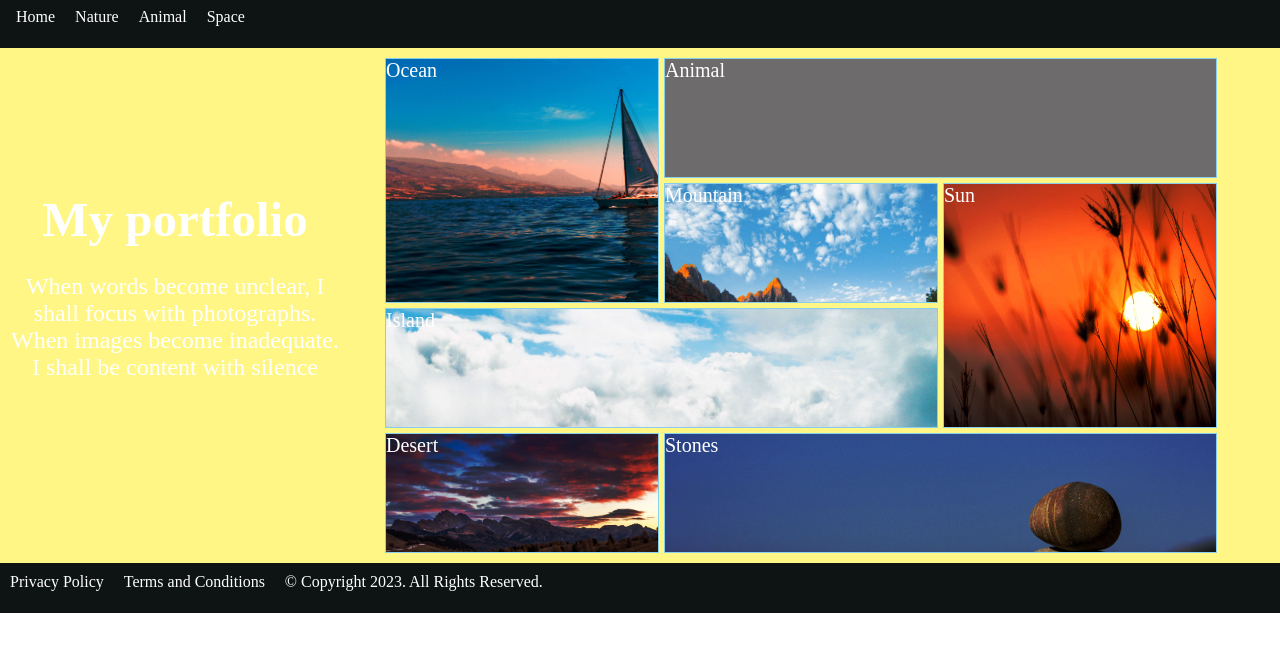
Repository: suraj-yadav7/03_Gallery_Portfolio
Page: index.html
The author's editor kept a copy of each file at every save. The page is drawn from the files as they stood at one save, then again after the next save.
The browser window is 1280 px wide. The pictures show the whole page.
Pictures or frames that could not be fetched are drawn as grey boxes. Some web fonts or font styles are not loaded; a fallback is used.

Above is the page before, as saved 2023-02-14 21:52:28.

### index.html
<!DOCTYPE html>
<html lang="en">
<head>
    <meta charset="UTF-8">
    <meta http-equiv="X-UA-Compatible" content="IE=edge">
    <meta name="viewport" content="width=device-width, initial-scale=1.0">
    <title>Gallery</title>
    <link rel="stylesheet" href="style.css">
</head>
<body>
    <nav class="nav-section">
        <div class="nav-container">
        <ul class="nav-item flex">
            <li>    <a href="#">Home</a>   </li>
            <li>    <a href="#">Nature</a> </li>
            <li>    <a href="#">Animal</a> </li>
            <li>    <a href="#">Space</a> </li>
        </ul>
        </div>
    </nav>

        <div class="container flex">
            <div class="header-text">
                <h1 class="heading">My portfolio</h1>
                <p class="para">When words become unclear, I shall focus with photographs. When images become inadequate. I shall be content with silence</p>
            </div>
            <div class="gallery-layout">
                <div class="box" id="box1">Ocean</div>
                <div class="box" id="box2">Animal</div>
                <div class="box" id="box3">Mountain</div>
                <div class="box" id="box4">Sun</div>
                <div class="box" id="box5">Island</div>
                <div class="box" id="box6">Desert</div>
                <div class="box" id="box7">Stones</div>
            </div>
        </div>
        <footer>
            <div class="footer flex">
                <a>Privacy Policy</a>
                <a>Terms and Conditions</a>
                <a>© Copyright 2023. All Rights Reserved.</a>
            </div>
        </footer>
</body>
</html>

### style.css
@import url('https://fonts.googleapis.com/css2?family=Bodoni+Moda:ital,opsz@0,6..96;1,6..96&display=swap');

*{
    margin: 0;
    padding: 0;
    box-sizing: border-box;
}

:root{
    --primary-text-color: #1a0000;
    --secondary-text-color:  #33331a;
    --accent-color:  #cc99ff;
    --accent-dark-color: #4d88ff;
    --padding-inline-section: 20px;
}


/* Utility */


a{
    text-decoration: none;
    color: rgb(255, 255, 255);


}

.flex{
    display: flex;
    align-items: center;

}

/* Nav section */
.nav-container{
    background-color: rgb(14, 20, 20);
    padding: 1rem;
    font-family: 'Bodoni Moda', serif;
    font-size: 1rem;
    height: 3rem;


}
.nav-item{
    gap: 20px;
    list-style: none;
    margin-top: -0.5rem;
}
a:hover{
    color:#fff;
}

/*main -section */
.container{
    background-color: #fff685;
    padding-block: 10px;
    gap: 35px;
    font-family: "bodoni modo" ;

}
.header-text{
    height: 250px;
   width: 350px;
    color: white;
    text-align: center;
    padding: 10px;

}
.heading{
    font-size: 49px;
}
.para{
    margin-top: 25px;
    font-size: 1.5rem;
}
.gallery-layout{
    display: grid;
    row-gap: 5px;
    column-gap: 5px;
    grid-template-columns: repeat(3, 1fr);
    grid-auto-rows: 120px;
    flex-basis: 65%;

}

.box{
    background-color: rgb(63, 60, 60);
    border: 1px solid skyblue;
    background-size: cover;
    background-position: top;
    background-blend-mode: hard-light;
    transition: all 1s ease-in-out;
    cursor: pointer;
    color: white;
    font-size: 20px;


}
.box:hover{
    background-color:rgb(210, 204, 204) ;
    background-position: center;

    box-shadow: 0 0 4px #fff;

}

#box1{
    grid-row: span 2;
    background-image: url("images/pexels-szelei-robert-1482193.jpg");


}

#box2{
    grid-column: span 2;
    background-image: url("images/pexels-dsd-1829979.jpg");

}
#box3{
    background-image: url("images/pexels-michael-block-3225517.jpg");

}

#box4{
    grid-row: span 2;
    background-image: url("images/pexels-darwis-alwan-1454752.jpg");
}

#box5{
    grid-column: span 2;
    background-image: url("images/pexels-michael-block-3225524.jpg");

}
#box6{
    background-image: url("images/pexels-michal-lizuch-2919720.jpg");

}

#box7{
    grid-column: span 2;
    background-image: url("images/pexels-pixabay-235990.jpg");

}


/* Footer */
footer{
    height: 50px;
    max-width: 100%;
    background-color: rgb(14, 20, 20);
    font-family: 'Bodoni Moda', serif;
    font-size: 1rem;
}
footer a{
margin:  10px;
}
/* media queries for Mobile Responsiveness */

@media screen and (max-width: 1024px){

    .container{
        flex-direction: column;
        padding: 20px;
    }
    .box{
        grid-column: span 3;
        grid-row: span 1;

    }
.gallery-layout{
    margin-top:-20px;
    width: 100%;
    grid-auto-rows: 100px;
    padding-inline: 12px;
    row-gap: 10px;

}
#box2, #box5, #box7{
    grid-column: span 3;
}

}

After the next save:
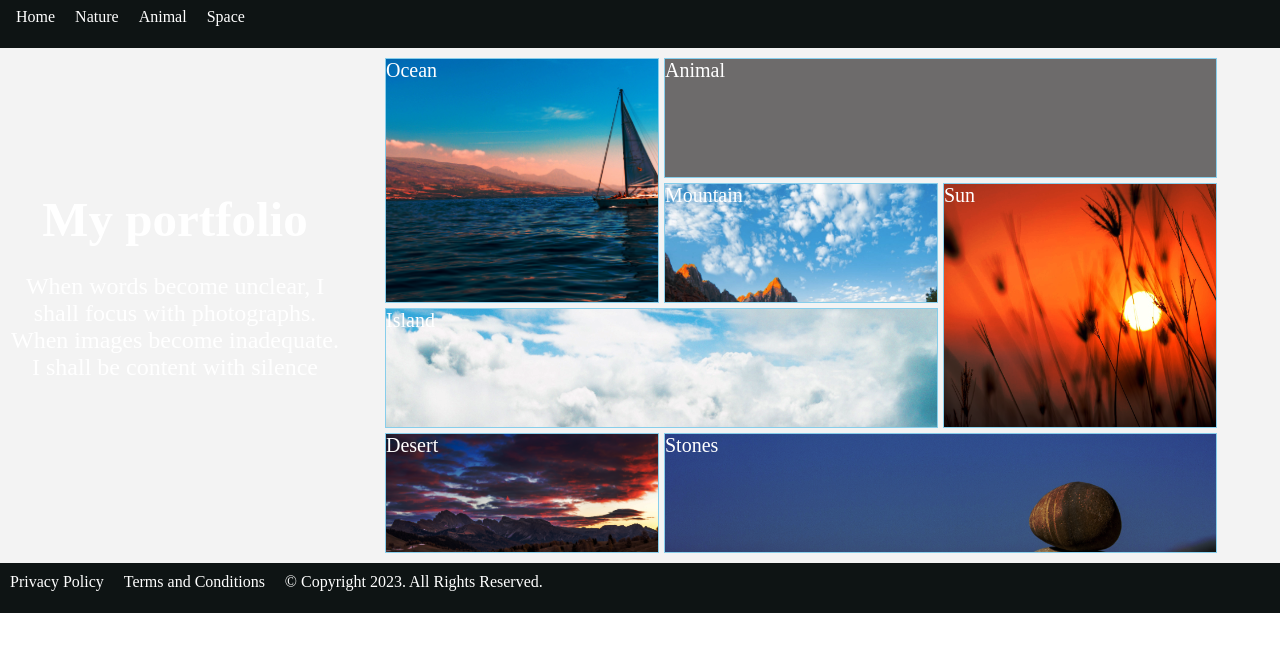
Saved 2 min 3 s later.
--- a/style.css
+++ b/style.css
@@ -52,7 +52,7 @@ a:hover{
 
 /*main -section */
 .container{
-    background-color: #fff685;
+    background-color: #F3F3F3;
     padding-block: 10px;
     gap: 35px;
     font-family: "bodoni modo" ;
